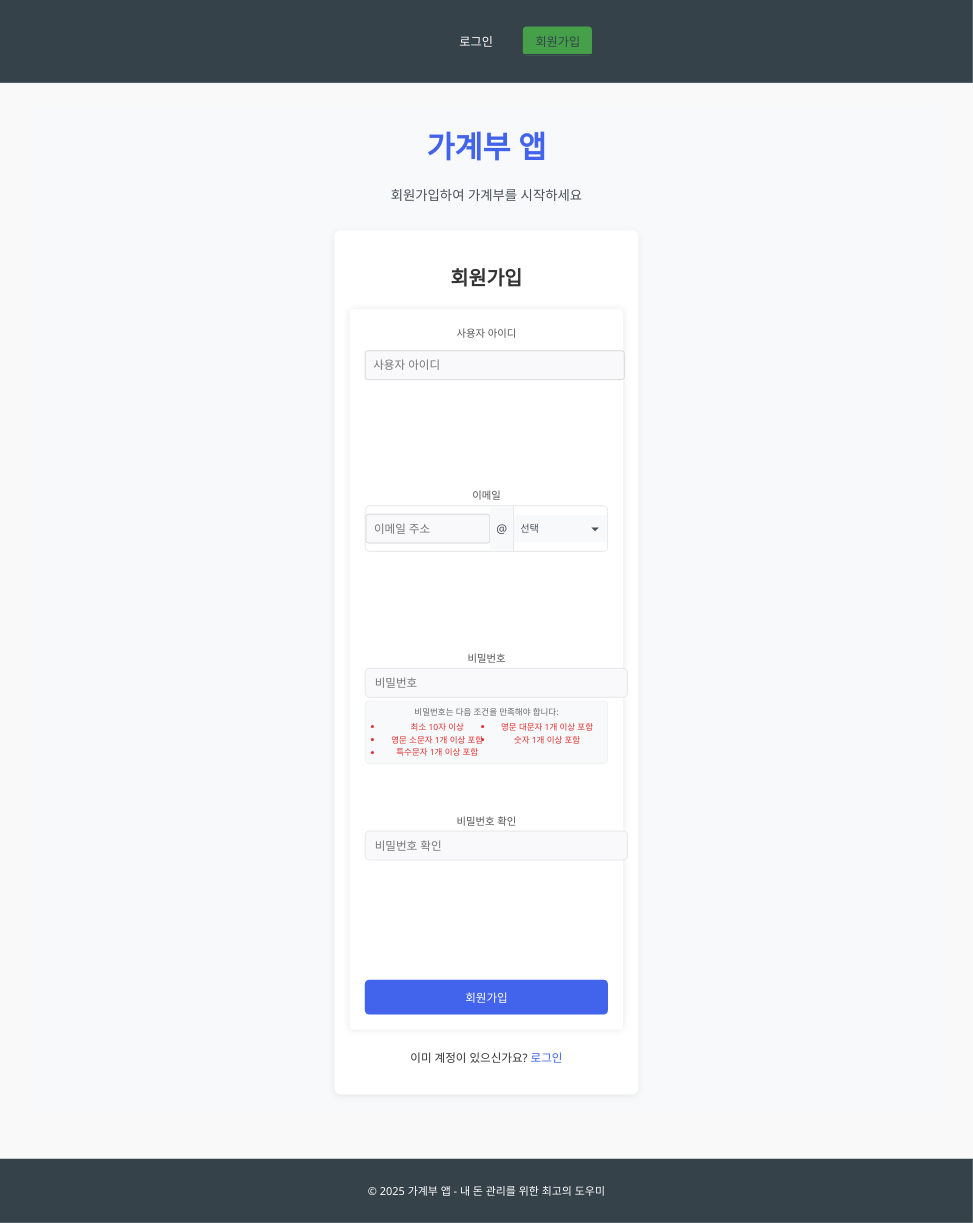
Repository: dldnwls07/Register_Login_Form
Page: /register
An editor plug-in stored every save of this project. The page is shown before and after the next save, followed by the edit.
The browser window is 1280 px wide. The pictures show the whole page, at 76% of full size.
The project was rebuilt for these pictures with package versions that can differ from the ones it lists, and the page was loaded fresh each time. Also part of the build but not shown: src/components/Summary.jsx, src/styles/pages/MainPage.css, src/pages/MainPage.jsx, src/utils/categoryData.js, src/components/CategorySelector.jsx, src/components/EntryForm.jsx, src/components/EntryTable.jsx, src/components/SearchBar.jsx and 15 more.

Above is the page before, as saved 2025-05-23 14:18:21.

### public/index.html
<!DOCTYPE html>
<html lang="en">
<head>
    <meta charset="UTF-8">
    <meta name="viewport" content="width=device-width, initial-scale=1.0">
    <title>My Money App</title>
</head>
<body>
    <div id="root"></div>
</body>
</html>

### src/styles/App.css
/* Added CSS variables for theme */
:root {
  --background-light: #f9f9f9;
  --background-dark: #121212;
  --text-light: #333;
  --text-dark: #eee;
  --primary-color: #35424a;
  --accent-color: #45a049;
  --border-radius: 5px;
  --box-shadow: 0 0 10px rgba(0, 0, 0, 0.1);
}

body {
  font-family: 'Segoe UI', Tahoma, Geneva, Verdana, sans-serif;
  background-color: var(--background-light);
  color: var(--text-light);
  margin: 0;
  padding: 0;
}

.dark body {
  background-color: var(--background-dark);
  color: var(--text-dark);
}

.container {
    width: 80%;
    margin: auto;
    overflow: hidden;
}

header {
    background: #35424a;
    color: #ffffff;
    padding: 10px 0;
    text-align: center;
}

h1 {
    margin: 0;
}

form {
    background: #ffffff;
    padding: 20px;
    border-radius: 5px;
    box-shadow: 0 0 10px rgba(0, 0, 0, 0.1);
}

input[type="text"],
input[type="number"] {
    width: 100%;
    padding: 10px;
    margin: 10px 0;
    border: 1px solid #ccc;
    border-radius: 4px;
}

button {
    background: #35424a;
    color: #ffffff;
    border: none;
    padding: 10px 15px;
    border-radius: 5px;
    cursor: pointer;
}

button:hover {
    background: #45a049;
}

.table {
    width: 100%;
    margin-top: 20px;
    border-collapse: collapse;
}

.table th,
.table td {
    border: 1px solid #ddd;
    padding: 8px;
}

.table th {
    background-color: #35424a;
    color: white;
}

.summary {
    background: #ffffff;
    padding: 20px;
    border-radius: 5px;
    box-shadow: 0 0 10px rgba(0, 0, 0, 0.1);
    margin-top: 20px;
}

.pie-chart {
    margin-top: 20px;
}

/* Added media query for responsiveness */
@media (max-width: 768px) {
  .entry-form {
    flex-direction: column;
  }
}

/* 앱 레이아웃 스타일 */
.App {
  display: flex;
  flex-direction: column;
  min-height: 100vh;
}

.App-header {
  background-color: var(--primary-color);
  color: white;
  padding: 1rem 0;
  text-align: center;
}

.App-content {
  flex: 1;
  padding: 2rem;
  max-width: 1200px;
  margin: 0 auto;
  width: 100%;
}

.App-footer {
  background-color: var(--primary-color);
  color: white;
  text-align: center;
  padding: 1rem 0;
  margin-top: 2rem;
}

/* 네비게이션 스타일 */
.main-navigation {
  background-color: var(--primary-color);
  padding: 0.5rem 0;
}

.nav-links {
  display: flex;
  justify-content: center;
  gap: 1.5rem;
  padding: 0;
  margin: 0;
}

.nav-links a {
  color: white;
  text-decoration: none;
  padding: 0.5rem 1rem;
  border-radius: var(--border-radius);
  transition: background-color 0.3s;
}

.nav-links a:hover, .nav-links a.active {
  background-color: var(--accent-color);
}

/* 카드 스타일 */
.navigation-links {
  display: grid;
  grid-template-columns: repeat(auto-fit, minmax(300px, 1fr));
  gap: 2rem;
  margin-top: 2rem;
}

.nav-card {
  background-color: white;
  padding: 1.5rem;
  border-radius: var(--border-radius);
  box-shadow: var(--box-shadow);
  transition: transform 0.3s, box-shadow 0.3s;
}

.nav-card:hover {
  transform: translateY(-5px);
  box-shadow: 0 10px 20px rgba(0, 0, 0, 0.15);
}

.nav-link {
  text-decoration: none;
  color: var(--text-light);
}

/* 페이지 스타일 */
.main-page, .spending-page, .goal-page, .analysis-page {
  padding: 1rem 0;
}

.back-link {
  margin-bottom: 2rem;
}

.back-link a {
  color: var(--primary-color);
  text-decoration: none;
  display: flex;
  align-items: center;
  gap: 0.5rem;
}

.back-link a:hover {
  text-decoration: underline;
}

/* 콘텐츠 레이아웃 */
.spending-content, .goal-content, .analysis-content {
  display: grid;
  grid-template-columns: 1fr;
  gap: 2rem;
}

@media (min-width: 768px) {
  .spending-content, .goal-content, .analysis-content {
    grid-template-columns: repeat(2, 1fr);
  }
}

### src/pages/auth/RegisterPage.jsx
import React from 'react';
import { useNavigate } from 'react-router-dom';
import RegisterForm from '../../components/RegisterForm';
import '../../styles/pages/AuthPage.css';

const RegisterPage = () => {
  const navigate = useNavigate();

  const handleRegisterSuccess = () => {
    navigate('/login', {
      state: { message: '회원가입에 성공했습니다. 로그인해주세요.' }
    });
  };

  return (
    <div className="auth-page">
      <div className="auth-container">
        <h1>가계부 앱</h1>
        <p className="auth-description">회원가입하여 가계부를 시작하세요</p>
        <RegisterForm onRegisterSuccess={handleRegisterSuccess} />
      </div>
    </div>
  );
};

export default RegisterPage;

### src/components/Navigation.jsx
import React from 'react';
import { Link, useLocation } from 'react-router-dom';
import { useAuth } from '../hooks/useAuth';

const Navigation = () => {
  const location = useLocation();
  const { user } = useAuth();

  return (
    <nav className="main-navigation">
      <ul className="nav-links">
        {user ? (
          // 로그인된 사용자용 메뉴
          <>
            <li>
              <Link to="/" className={location.pathname === '/' ? 'active' : ''}>
                대시보드
              </Link>
            </li>
            <li>
              <Link to="/spending" className={location.pathname === '/spending' ? 'active' : ''}>
                지출 관리
              </Link>
            </li>
            <li>
              <Link to="/goal" className={location.pathname === '/goal' ? 'active' : ''}>
                목표 설정
              </Link>
            </li>
            <li>
              <Link to="/analysis" className={location.pathname === '/analysis' ? 'active' : ''}>
                지출 분석
              </Link>
            </li>
            <li>
              <Link to="/profile" className={location.pathname === '/profile' ? 'active' : ''}>
                프로필
              </Link>
            </li>
          </>
        ) : (
          // 로그인되지 않은 사용자용 메뉴
          <>
            <li>
              <Link to="/login" className={location.pathname === '/login' ? 'active' : ''}>
                로그인
              </Link>
            </li>
            <li>
              <Link to="/register" className={location.pathname === '/register' ? 'active' : ''}>
                회원가입
              </Link>
            </li>
          </>
        )}
      </ul>
    </nav>
  );
};

export default Navigation;

### src/styles/Common.css
/* 공통 스타일 - 네비게이션, 헤더, 푸터 등 공통 요소 디자인 */

:root {
  --primary-color: #2D7FF9;
  --accent-color: #00D1D1;
  --text-color: #333333;
  --text-light: #666666;
  --background-color: #F5F7FC;
  --card-background: #FFFFFF;
  --border-radius: 16px;
  --box-shadow: 0 2px 10px rgba(0, 0, 0, 0.05);
  --hover-shadow: 0 10px 20px rgba(0, 0, 0, 0.1);
  --transition: 0.2s ease;
}

body {
  font-family: 'Pretendard', -apple-system, BlinkMacSystemFont, system-ui, Roboto, 'Helvetica Neue', 'Segoe UI', sans-serif;
  background-color: var(--background-color);
  color: var(--text-color);
  margin: 0;
  padding: 0;
  line-height: 1.6;
}

/* 앱 레이아웃 */
.App {
  display: flex;
  flex-direction: column;
  min-height: 100vh;
}

/* 헤더 스타일 */
.App-header {
  background-color: var(--card-background);
  box-shadow: 0 1px 5px rgba(0, 0, 0, 0.03);
  padding: 1.25rem 0;
  position: sticky;
  top: 0;
  z-index: 100;
}

.header-container {
  display: flex;
  flex-direction: column;
  align-items: center;
  max-width: 1200px;
  margin: 0 auto;
  padding: 0 1.5rem;
}

@media (min-width: 768px) {
  .header-container {
    flex-direction: row;
    justify-content: space-between;
  }
}

.App-header h1 {
  font-size: 1.5rem;
  font-weight: 700;
  color: var(--primary-color);
  margin: 0;
}

/* 메인 컨텐츠 스타일 */
.App-content {
  flex: 1;
  max-width: 1200px;
  margin: 0 auto;
  width: 100%;
  padding: 2rem 1.5rem;
}

/* 푸터 스타일 */
.App-footer {
  background-color: var(--card-background);
  padding: 1.5rem 0;
  margin-top: 3rem;
  text-align: center;
  font-size: 0.9rem;
  color: var(--text-light);
  border-top: 1px solid #eaeaea;
}

/* 네비게이션 스타일 */
.main-navigation {
  width: 100%;
  display: flex;
  justify-content: center;
  margin-top: 1rem;
}

@media (min-width: 768px) {
  .main-navigation {
    margin-top: 0;
  }
}

.nav-links {
  display: flex;
  gap: 1.5rem;
  padding: 0;
  margin: 0;
  list-style: none;
}

.nav-links a {
  color: var(--text-light);
  text-decoration: none;
  font-size: 1rem;
  font-weight: 500;
  padding: 0.5rem;
  transition: color var(--transition);
  position: relative;
}

.nav-links a:before {
  content: '';
  position: absolute;
  bottom: 0;
  left: 0;
  width: 0;
  height: 2px;
  background-color: var(--primary-color);
  transition: width var(--transition);
}

.nav-links a:hover, .nav-links a.active {
  color: var(--primary-color);
}

.nav-links a:hover:before, .nav-links a.active:before {
  width: 100%;
}

### src/styles/pages/AuthPage.css
/* 인증 페이지 스타일 */
.auth-page {
  display: flex;
  justify-content: center;
  align-items: center;
  min-height: 100vh;
  background-color: #f8f9fa;
}

.auth-container {
  width: 100%;
  max-width: 500px;
  padding: 20px;
  text-align: center;
}

.auth-page h1 {
  font-size: 2.5rem;
  margin-bottom: 0.5rem;
  color: #4263eb;
  font-weight: 700;
}

.auth-description {
  font-size: 1.1rem;
  color: #495057;
  margin-bottom: 2rem;
}

/* 반응형 조정 */
@media (max-width: 576px) {
  .auth-container {
    padding: 15px;
  }

  .auth-page h1 {
    font-size: 2rem;
  }

  .auth-description {
    font-size: 1rem;
  }
}

### src/styles/components/GoalSetter.css
/* GoalSetter 컴포넌트 스타일 */
.goal-setter {
  background-color: #fff;
  border-radius: 12px;
  padding: 24px;
  box-shadow: 0 2px 8px rgba(0, 0, 0, 0.08);
  margin-bottom: 24px;
}

.goal-setter h2 {
  font-size: 1.5rem;
  margin-bottom: 20px;
  color: #333;
  font-weight: 600;
}

.goal-form {
  margin-bottom: 24px;
  display: flex;
  flex-wrap: wrap;
  gap: 16px;
}

.form-group {
  flex: 1 1 200px;
  margin-bottom: 16px;
}

.form-group label {
  display: block;
  font-size: 0.9rem;
  margin-bottom: 6px;
  color: #666;
  font-weight: 500;
}

.form-group input {
  width: 100%;
  padding: 12px 16px;
  border: 1px solid #e0e0e0;
  border-radius: 8px;
  font-size: 1rem;
  transition: border 0.2s;
}

.form-group input:focus {
  border-color: #4263eb;
  outline: none;
}

.input-with-icon {
  position: relative;
}

.input-with-icon input {
  padding-right: 40px;
}

.currency-symbol {
  position: absolute;
  right: 16px;
  top: 50%;
  transform: translateY(-50%);
  color: #888;
}

.goal-submit-button {
  background-color: #4263eb;
  color: white;
  border: none;
  border-radius: 8px;
  padding: 12px 24px;
  font-size: 1rem;
  font-weight: 500;
  cursor: pointer;
  transition: background 0.2s;
}

.goal-submit-button:hover {
  background-color: #3249b1;
}

.goal-status {
  background-color: #f8f9fa;
  border-radius: 8px;
  padding: 20px;
}

.goal-header {
  display: flex;
  justify-content: space-between;
  align-items: center;
  margin-bottom: 16px;
}

.goal-header h3 {
  font-size: 1.2rem;
  font-weight: 500;
  margin: 0;
}

.achievement-toggle {
  display: flex;
  align-items: center;
  gap: 8px;
}

/* 토글 스위치 스타일 */
.switch {
  position: relative;
  display: inline-block;
  width: 48px;
  height: 24px;
}

.switch input {
  opacity: 0;
  width: 0;
  height: 0;
}

.slider {
  position: absolute;
  cursor: pointer;
  top: 0;
  left: 0;
  right: 0;
  bottom: 0;
  background-color: #ccc;
  transition: .4s;
}

.slider:before {
  position: absolute;
  content: "";
  height: 18px;
  width: 18px;
  left: 3px;
  bottom: 3px;
  background-color: white;
  transition: .4s;
}

input:checked + .slider {
  background-color: #4263eb;
}

input:focus + .slider {
  box-shadow: 0 0 1px #4263eb;
}

input:checked + .slider:before {
  transform: translateX(24px);
}

/* 둥근 슬라이더 */
.slider.round {
  border-radius: 34px;
}

.slider.round:before {
  border-radius: 50%;
}

/* 진행바 스타일 */
.progress-bar-container {
  height: 10px;
  background-color: #e9ecef;
  border-radius: 5px;
  overflow: hidden;
  margin-bottom: 8px;
}

.progress-bar {
  height: 100%;
  background-color: #4263eb;
  border-radius: 5px;
  transition: width 0.5s ease-in-out;
}

.progress-bar.exceeded {
  background-color: #e03131;
}

.progress-details {
  display: flex;
  justify-content: space-between;
  align-items: center;
  margin-bottom: 16px;
}

.progress-percentage {
  font-weight: 600;
  color: #333;
  margin: 0;
}

.progress-numbers {
  display: flex;
  justify-content: space-between;
  width: 100%;
  color: #666;
  font-size: 0.9rem;
  margin: 8px 0 0;
}

.goal-status-message {
  padding: 12px;
  border-radius: 6px;
  margin-top: 16px;
}

.goal-status-message.remaining {
  background-color: #e6f4ea;
}

.goal-status-message.exceeded {
  background-color: #fde7e9;
}

.goal-status-message .alert {
  color: #c92a2a;
  display: flex;
  align-items: center;
  gap: 8px;
}

.goal-status-message .success {
  color: #2b8a3e;
  display: flex;
  align-items: center;
  gap: 8px;
}

.goal-status-message .icon {
  font-size: 1.2rem;
}

.no-goal-message {
  text-align: center;
  padding: 24px;
  background-color: #f8f9fa;
  border-radius: 8px;
  color: #666;
}

.no-goal-message p:first-child {
  font-size: 1.1rem;
  font-weight: 500;
  margin-bottom: 8px;
}

@media (max-width: 768px) {
  .goal-form {
    flex-direction: column;
    gap: 12px;
  }

  .goal-header {
    flex-direction: column;
    align-items: flex-start;
    gap: 12px;
  }

  .achievement-toggle {
    width: 100%;
    justify-content: flex-start;
  }
}

### src/styles/components/AuthForm.css
/* 인증 폼 스타일 (로그인/회원가입) */

.auth-form-container {
  max-width: 360px;
  margin: 0 auto;
  padding: 22px 20px;
  background-color: #fff;
  border-radius: 8px;
  box-shadow: 0 2px 10px rgba(0, 0, 0, 0.08);
}

.auth-title {
  font-size: 1.6rem;
  margin-bottom: 20px;
  color: #333;
  font-weight: 600;
  text-align: center;
}

.auth-form {
  display: flex;
  flex-direction: column;
  gap: 14px;
}

.form-group {
  display: flex;
  flex-direction: column;
  margin-bottom: 0;
}

.form-group label {
  font-size: 0.85rem;
  margin-bottom: 3px;
  color: #555;
  font-weight: 500;
}

.form-group input {
  padding: 10px 12px;
  border: 1px solid #e0e0e0;
  border-radius: 6px;
  font-size: 0.95rem;
  transition: all 0.2s;
  background-color: #f9f9fb;
}

.form-group input:focus {
  border-color: #4263eb;
  outline: none;
  box-shadow: 0 0 0 2px rgba(66, 99, 235, 0.1);
  background-color: #fff;
}

.form-group input[disabled] {
  background-color: #f8f9fa;
  cursor: not-allowed;
}

.input-error {
  color: #e03131;
  font-size: 0.75rem;
  margin-top: 3px;
  display: flex;
  align-items: center;
}

.input-error::before {
  content: "•";
  margin-right: 4px;
  font-size: 0.8rem;
}

.auth-button {
  background-color: #4263eb;
  color: white;
  border: none;
  border-radius: 6px;
  padding: 12px;
  font-size: 0.95rem;
  font-weight: 500;
  cursor: pointer;
  margin-top: 6px;
  transition: background 0.2s;
}

.auth-button:hover {
  background-color: #3249b1;
}

.auth-button:disabled {
  background-color: #adb5bd;
  cursor: not-allowed;
}

.auth-button.loading {
  position: relative;
  opacity: 0.8;
}

.auth-button.loading::after {
  content: '';
  position: absolute;
  width: 20px;
  height: 20px;
  top: 50%;
  left: 50%;
  margin-left: -10px;
  margin-top: -10px;
  border: 3px solid rgba(255, 255, 255, 0.3);
  border-radius: 50%;
  border-top-color: #fff;
  animation: spin 1s ease-in-out infinite;
}

@keyframes spin {
  to { transform: rotate(360deg); }
}

.auth-links {
  margin-top: 24px;
  text-align: center;
  font-size: 0.95rem;
}

.auth-links a {
  color: #4263eb;
  text-decoration: none;
  font-weight: 500;
}

.auth-links a:hover {
  text-decoration: underline;
}

.auth-error-message,
.auth-success-message {
  padding: 10px;
  margin-bottom: 15px;
  border-radius: 6px;
  font-size: 0.85rem;
  display: flex;
  align-items: center;
}

.auth-error-message {
  background-color: #fff5f5;
  color: #e03131;
  border-left: 3px solid #e03131;
}

.auth-error-message::before {
  content: "⚠️";
  margin-right: 6px;
}

.auth-success-message {
  background-color: #f4fce3;
  color: #2b8a3e;
  border-left: 3px solid #2b8a3e;
}

.auth-success-message::before {
  content: "✅";
  margin-right: 6px;
}

/* 비밀번호 강도 표시 스타일 */
.password-strength {
  margin-top: 3px;
  margin-bottom: 5px;
}

.strength-meter {
  height: 3px;
  background-color: #e0e0e0;
  border-radius: 2px;
  margin-bottom: 3px;
  position: relative;
  overflow: hidden;
}

.strength-bar {
  height: 100%;
  border-radius: 2px;
  transition: width 0.3s ease;
}

.strength-bar.strength-매우\ 약함 {
  background-color: #ff4d4d;
}

.strength-bar.strength-약함 {
  background-color: #ffa64d;
}

.strength-bar.strength-중간 {
  background-color: #ffdd4d;
}

.strength-bar.strength-강함 {
  background-color: #4cd964;
}

.strength-text {
  font-size: 12px;
  display: block;
}

.strength-text.strength-매우\ 약함 {
  color: #ff4d4d;
}

.strength-text.strength-약함 {
  color: #ffa64d;
}

.strength-text.strength-중간 {
  color: #8a8a8a;
}

.strength-text.strength-강함 {
  color: #4cd964;
}

/* 새로 추가된 스타일 */
.email-group {
  display: flex;
  align-items: center;
  gap: 0;
  border: 1px solid #e0e0e0;
  border-radius: 6px;
  overflow: hidden;
}

.email-prefix {
  flex: 2;
  border: none;
  border-radius: 0;
  border-right: 1px solid #e0e0e0;
}

.email-at {
  padding: 0 8px;
  background-color: #f8f9fa;
  color: #495057;
  font-weight: 500;
  display: flex;
  align-items: center;
  height: 100%;
  border-right: 1px solid #e0e0e0;
}

.email-domain {
  flex: 1.5;
  border: none;
  border-radius: 0;
  padding: 10px 8px;
  background-color: #f8f9fa;
  color: #495057;
  -webkit-appearance: none;
  -moz-appearance: none;
  appearance: none;
  background-image: url("data:[embedded picture, 161 characters]");
  background-repeat: no-repeat;
  background-position: right 10px center;
}

.custom-domain {
  margin-top: 8px;
}

.custom-domain input {
  width: 100%;
  border-radius: 6px;
}

.password-input-container {
  position: relative;
  display: flex;
  align-items: center;
}

.password-input-container input {
  width: 100%;
}

.toggle-password-btn {
  position: absolute;
  right: 10px;
  top: 50%;
  transform: translateY(-50%);
  background: none;
  border: none;
  color: #666;
  font-size: 0.85rem;
  cursor: pointer;
  padding: 3px 6px;
  border-radius: 3px;
}

.toggle-password-btn:hover {
  background-color: #f1f3f5;
}

.input-error-field {
  border-color: #e03131 !important;
}

.password-policy {
  font-size: 0.75rem;
  color: #666;
  margin-top: 4px;
  padding: 5px 7px;
  background-color: #f8f9fa;
  border-radius: 5px;
  border: 1px solid #eee;
}

.password-policy p {
  margin: 0 0 2px 0;
  font-weight: 500;
  font-size: 0.7rem;
}

.password-policy ul {
  margin: 0;
  padding-left: 15px;
  display: grid;
  grid-template-columns: 1fr 1fr;
}

.password-policy li {
  margin-bottom: 0;
  font-size: 0.7rem;
  line-height: 1.5;
}

.password-policy li.met {
  color: #2b8a3e;
}

.password-policy li.not-met {
  color: #e03131;
}

.form-options {
  display: flex;
  justify-content: space-between;
  align-items: center;
  margin: 15px 0;
  font-size: 0.9rem;
}

.remember-me {
  display: flex;
  align-items: center;
}

.remember-me input[type="checkbox"] {
  margin-right: 5px;
}

.forgot-password-link {
  color: #5c7cfa;
  text-decoration: none;
}

.forgot-password-link:hover {
  text-decoration: underline;
}

.auth-warning-message {
  margin-top: 12px;
  padding: 8px;
  border-radius: 6px;
  background-color: #fff9db;
  color: #f08c00;
  font-size: 0.85rem;
  border-left: 3px solid #f08c00;
}

/* 반응형 */
@media (max-width: 480px) {
  .auth-form-container {
    padding: 20px;
    border-radius: 8px;
  }

  .auth-title {
    font-size: 1.5rem;
    margin-bottom: 20px;
  }
}

Loaded but not shown: src/utils/authService.js (592 lines, source omitted); src/utils/authUtils.js (248 lines, source omitted); src/utils/browserDBService2.js (196 lines, source omitted); src/utils/cryptoUtils.js (175 lines, source omitted); src/utils/browserDBService.js (137 lines, source omitted); src/utils/browserDBService3.js (78 lines, source omitted); src/utils/storageKeys.js (68 lines, source omitted); src/utils/localStorageUtil.js (43 lines, source omitted); src/utils/dbServiceWrapper.js (25 lines, source omitted); src/index.js (12 lines, source omitted); src/hooks/useAuth.js (14 lines, source omitted); src/components/RegisterForm.jsx (345 lines, source omitted); src/App.jsx (208 lines, source omitted); src/styles/pages/ProfilePage.css (373 lines, source omitted); src/context/AuthContext.jsx (170 lines, source omitted)

After the next save:
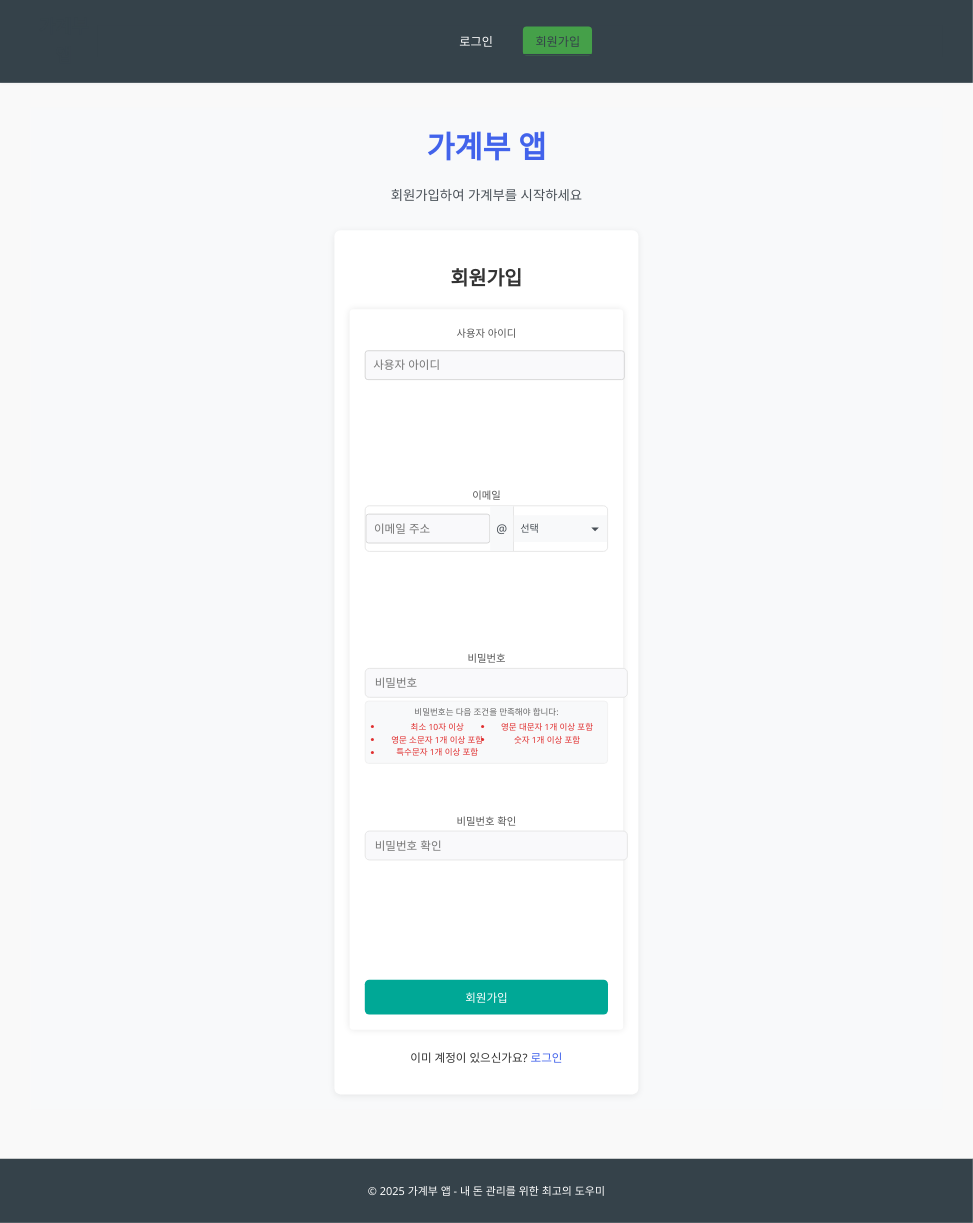
Saved 2 min 20 s later.
--- a/src/styles/components/AuthForm.css
+++ b/src/styles/components/AuthForm.css
@@ -72,7 +72,7 @@
 }
 
 .auth-button {
-  background-color: #4263eb;
+  background-color: #00a896;
   color: white;
   border: none;
   border-radius: 6px;
@@ -85,7 +85,7 @@
 }
 
 .auth-button:hover {
-  background-color: #3249b1;
+  background-color: #028090;
 }
 
 .auth-button:disabled {
